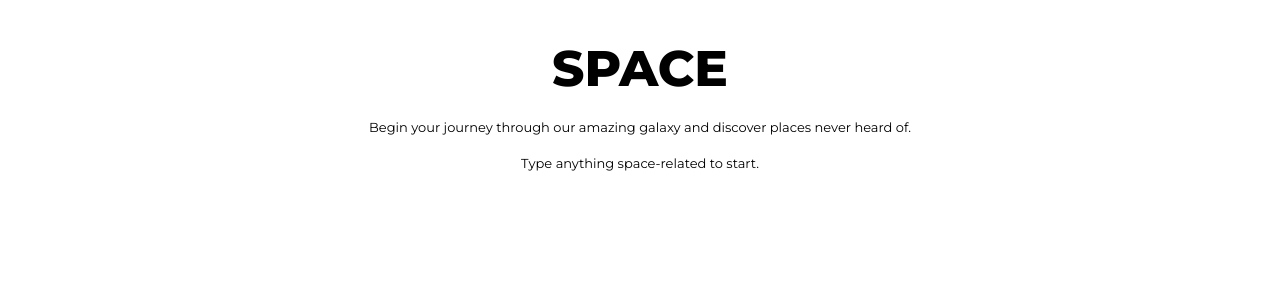
Repository: pmor80/spacer
Page: /
These files come from the project's save history. The page is drawn as it stood at one moment and after the next save; the edit follows.
The browser window is 1280 px wide. The pictures show the whole page.
The project was rebuilt for these pictures with package versions that can differ from the ones it lists, and the page was loaded fresh each time.

Above is the page before, as saved 2019-07-02 15:27:59.

After the next save:
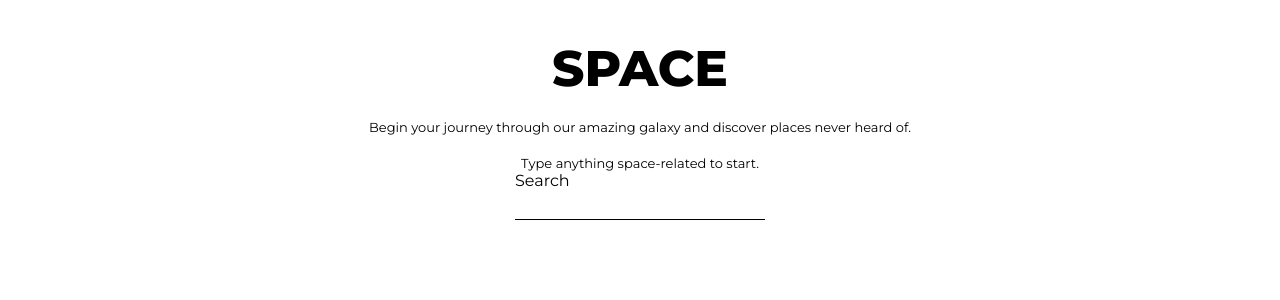
Saved 116 s later.
--- a/src/components/SearchInput.vue
+++ b/src/components/SearchInput.vue
@@ -13,7 +13,7 @@ export default {
 
 <style lang="scss" scoped>
 .searchWrapper {
-  display: none;
+  display: flex;
   flex-direction: column;
   width: 250px;
 
